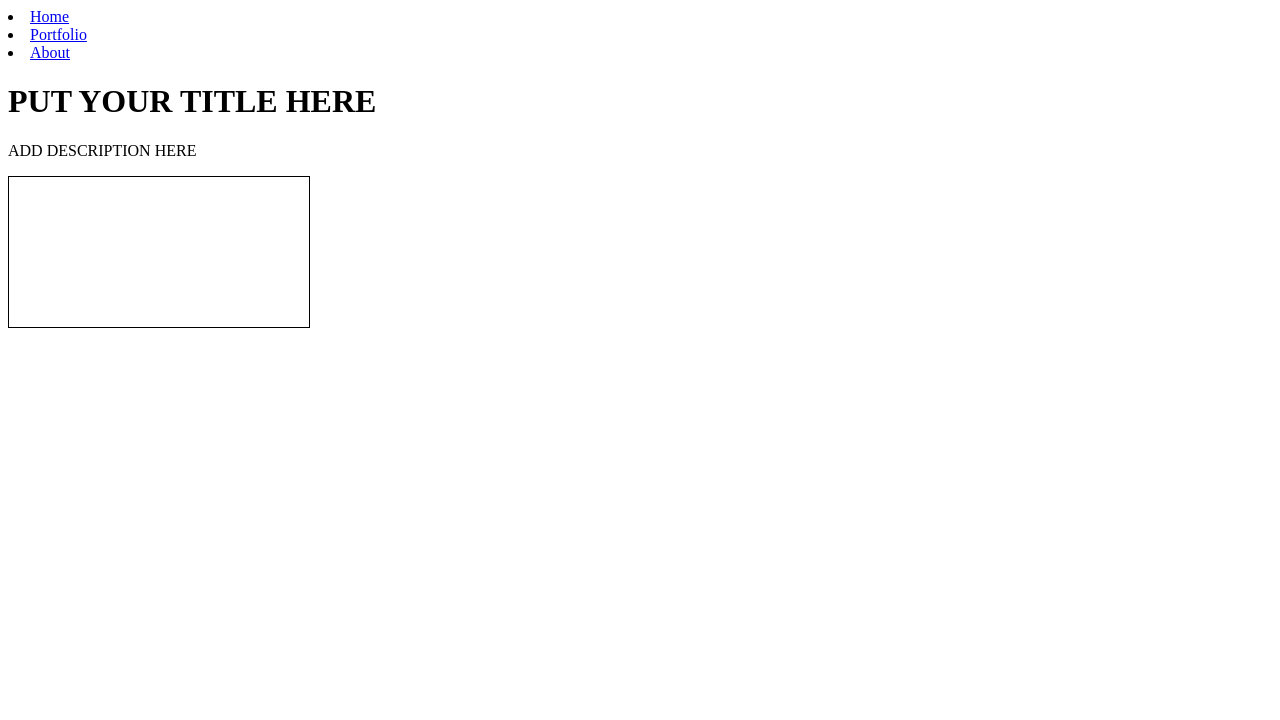
Repository: KevinBach02/KevinBach02.github.io
Page: Flappy.html
The author's editor kept a record of every edit. The page is drawn from the files as they stood at one moment, then again after the next edit.
The browser window is 1280 px wide. The pictures show the whole page.

Above is the page before.
Console error: SyntaxError: Unexpected token ')'

After the next edit:
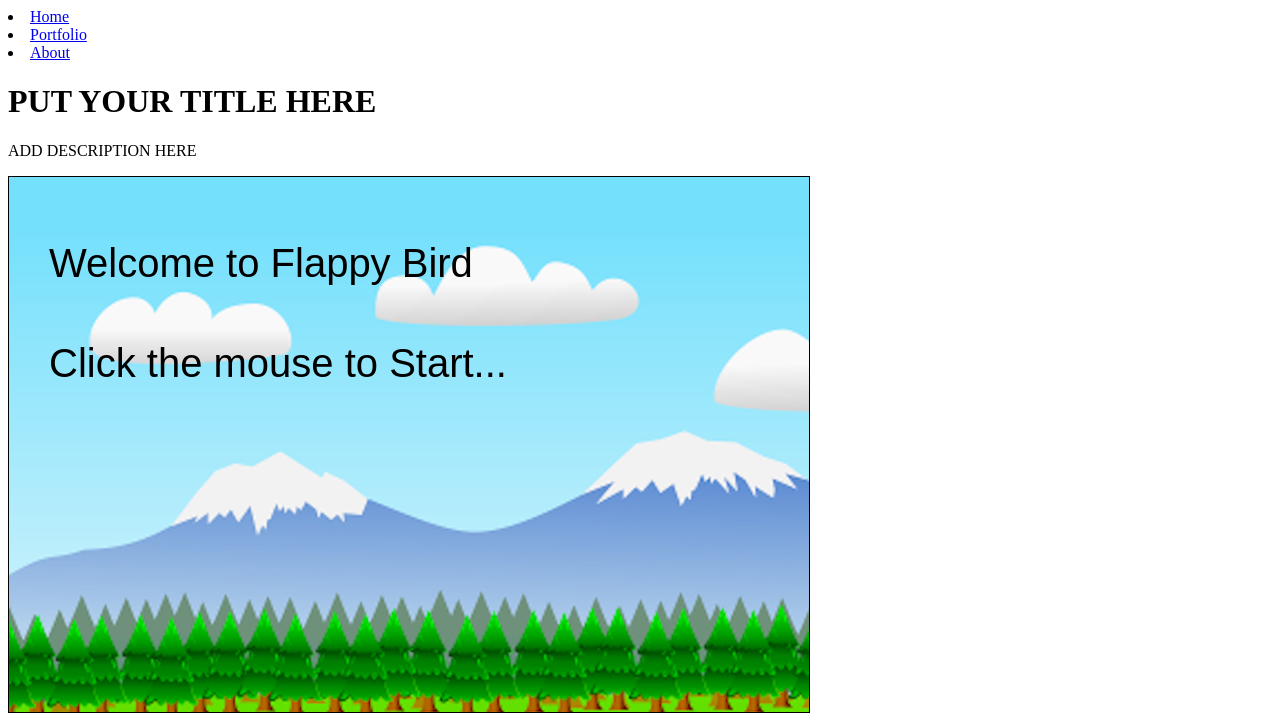
The error is gone.
The edit:
--- a/Flappy.html
+++ b/Flappy.html
@@ -47,7 +47,7 @@
    if(gameState == -1)
   {
     startScreen();
-  }/*
+  }}/*
    else if(gameState==0)
   {
    setBg();
